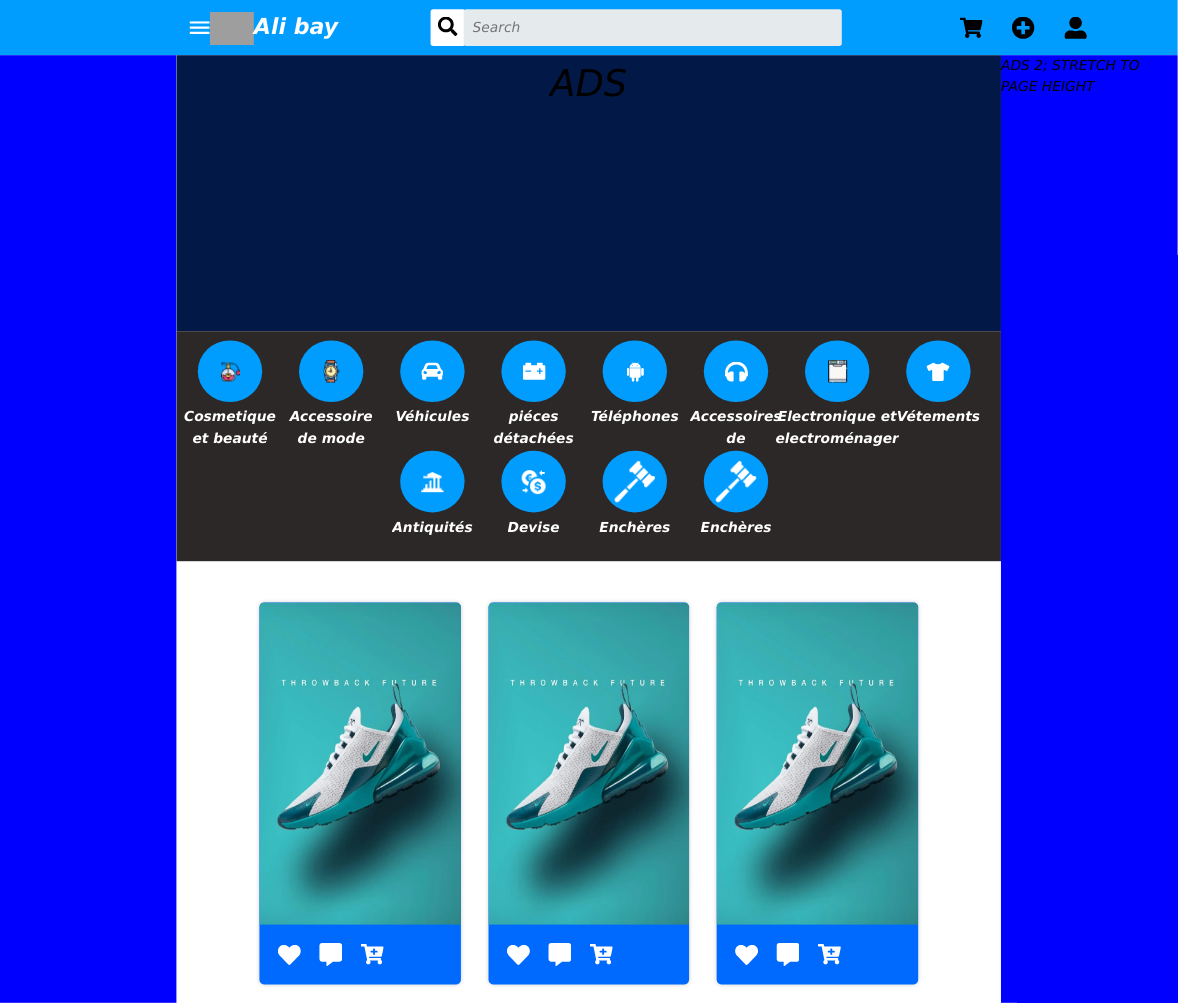
Repository: Aramys21/alibay-site
Page: home.html
These files come from the project's save history. The page is drawn as it stood at one moment and after the next save; the edit follows.
The browser window is 1280 px wide. The pictures show the whole page, at 92% of full size.
Pictures or frames that could not be fetched are drawn as grey boxes.

Above is the page before, as saved 2023-03-29 10:33:30.

After the next save:
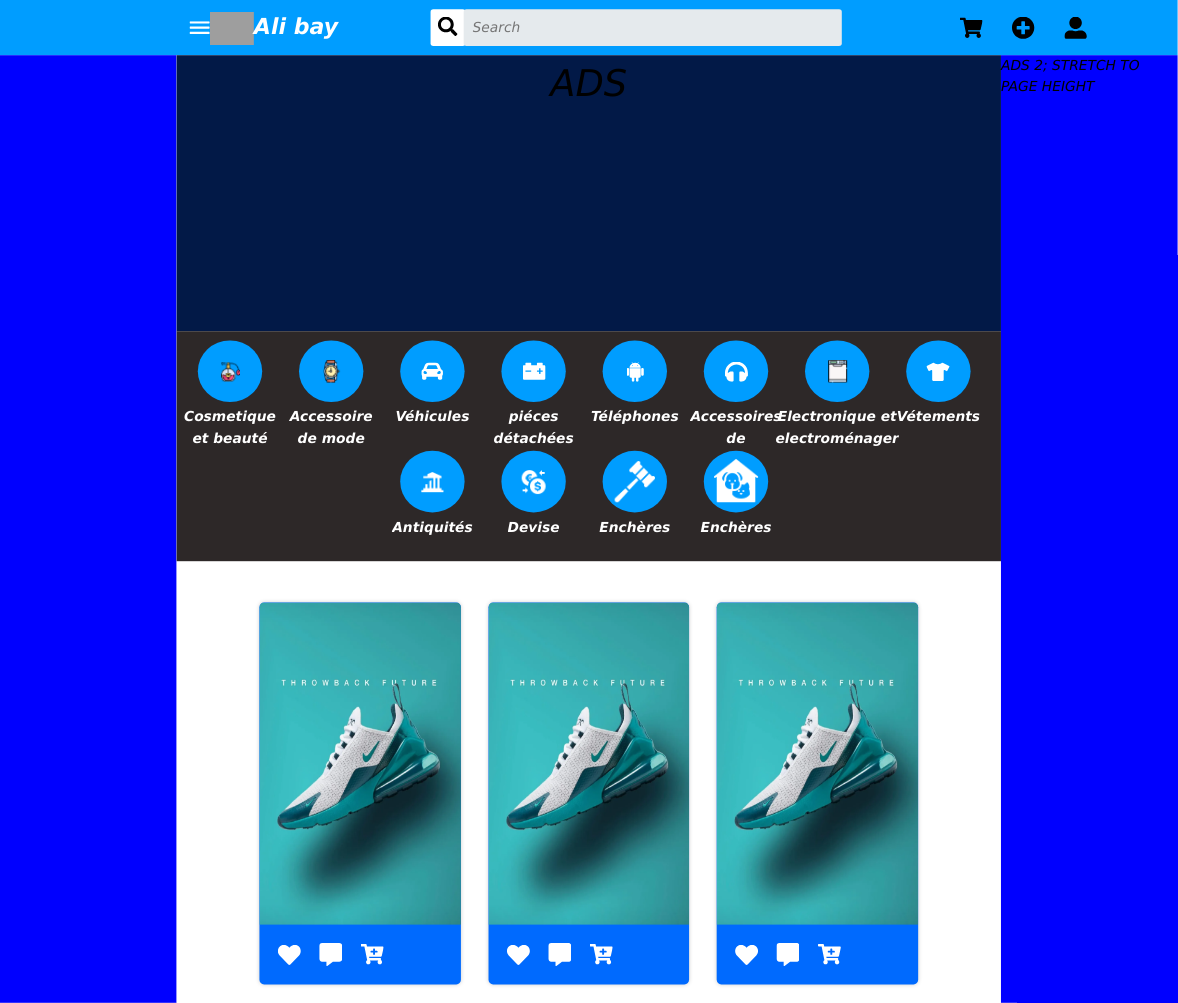
Saved 17 s later.
--- a/home.html
+++ b/home.html
@@ -181,7 +181,7 @@
 						<div class="category-text">Enchères</div>
 					</a>
 					<a href="vetements.html" class="category-link">
-						<div class="category-icon"><img class="icn" src="src/icons/auction.png"></div>
+						<div class="category-icon"><img class="icn" src="src\icons\animal.png"></div>
 						<div class="category-text">Enchères</div>
 					</a>
 				</div>
